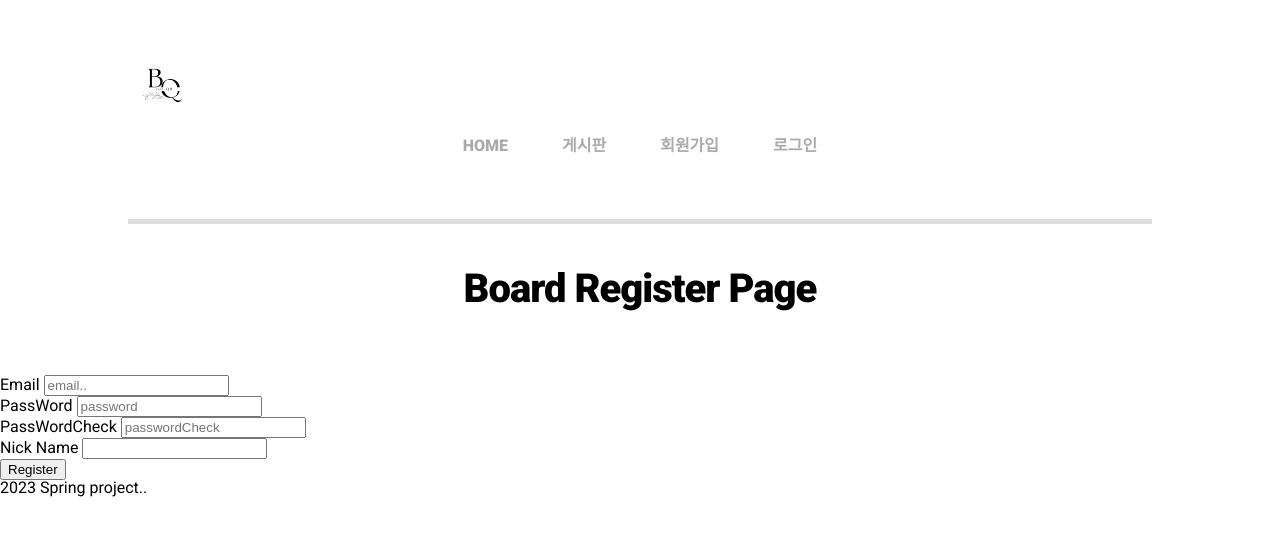
Repository: Skylee-1996/springSelf
Page: http://localhost/spring_test2/WEB-INF/views/member/register.jsp
These files come from the project's save history. The page is drawn as it stood at one moment and after the next save; the edit follows.
The browser window is 1280 px wide. The pictures show the whole page.
The page is served by Tomcat 9. Nobody is signed in. Other server files are loaded and not shown. The template is opened directly, without the code that normally fills it, so the values that code supplies are empty.

Above is the page before, as saved 2024-01-18 02:02:47.
Console error: TypeError: Cannot read properties of null (reading 'addEventListener')

### spring_test2/src/main/webapp/WEB-INF/views/member/register.jsp
<%@ page language="java" contentType="text/html; charset=UTF-8"
    pageEncoding="UTF-8"%>
<%@ taglib uri="http://java.sun.com/jsp/jstl/core" prefix="c"%>


<jsp:include page="../layout/header.jsp"></jsp:include>

	<!-- email, pwd, nick_name -->
<div class="container-md">
<h1>Board Register Page</h1>
<br>
<form action="/member/register" method="post" >
<div class="mb-3">
  <label for="e" class="form-label">Email</label>
  <input type="email" class="form-control" name="email" id="e" placeholder="email..">
</div>
<div class="mb-3">
  <label for="p" class="form-label">PassWord</label>
  <input type="password" class="form-control" name="pwd" id="p" placeholder="password">
</div>
<div class="mb-3">
  <label for="pc" class="form-label">PassWordCheck</label>
  <input type="password" class="form-control" name="pwdC" id="pc" placeholder="passwordCheck">
</div>

<div class="mb-3">
  <label for="n" class="form-label">Nick Name</label>
   <input type="text" class="form-control" name="nickName" id="n">
</div>

<button type="submit" class="btn btn-primary" id="regBtn">Register</button>

</form>
</div>
<jsp:include page="../layout/footer.jsp"></jsp:include>

### spring_test2/src/main/webapp/WEB-INF/views/layout/header.jsp
<%@ page language="java" contentType="text/html; charset=UTF-8"
	pageEncoding="UTF-8"%>
<%@ taglib uri="http://java.sun.com/jsp/jstl/core" prefix="c"%>
<%@ taglib uri="http://www.springframework.org/security/tags"
	prefix="sec"%>
<!DOCTYPE html>
<html>
<head>
<meta charset="UTF-8">
<title>Insert title here</title>
<link rel="stylesheet" href="/resources/css/reset.css">
<link rel="stylesheet" href="/resources/css/nav.css">
<link
	href='https://fonts.googleapis.com/css?family=Roboto:500,900,100,300,700,400'
	rel='stylesheet' type='text/css'>
</head>
<body>

	<nav class="stroke">
	<a class="navbar-brand" href="/"><img
					src="/resources/image/logo.png" alt=""
					style="width: 70px; height: 70px;"></a>
		<ul>
			<li><a href="/">Home</a></li>
			<li><a href="/board/list">게시판</a></li>
			<sec:authorize access="isAuthenticated()">
				<sec:authentication property="principal.mvo.email" var="authEmail" />
				<sec:authentication property="principal.mvo.nickName" var="authNick" />
				<sec:authentication property="principal.mvo.authList" var="auths" />


				<c:choose>
					<c:when
						test="${auths.stream().anyMatch(authVO -> authVO.auth.equals('ROLE_ADMIN')).get() }">
						<li><a href="/member/list">회원리스트
								${authNick}(${authEmail}/ADMIN)</a></li>
					</c:when>
					<c:otherwise>
						<li><a href="/member/modify">회원정보
								수정${authNick}(${authEmail})</a></li>
					</c:otherwise>
				</c:choose>


				<li><a href="/member/logout" id="logoutLink">로그아웃</a></li>
				<li><a href="/board/register">게시판 글쓰기</a></li>
				<form action="/member/logout" method="post" id="logoutForm">
					<!--인증 된 이메일  -->
					<input type="hidden" name="email" value="${authEmail}">
				</form>

			</sec:authorize>

			<sec:authorize access="isAnonymous()">
				<li><a href="/member/register">회원가입</a></li>

				<li><a href="/member/login">로그인</a></li>
			</sec:authorize>
		</ul>
	</nav>



	<script type="text/javascript">

document.getElementById('logoutLink').addEventListener('click',(e)=>{
    e.preventDefault();
    document.getElementById('logoutForm').submit();
});
</script>

### spring_test2/src/main/webapp/WEB-INF/views/layout/footer.jsp
<%@ page language="java" contentType="text/html; charset=UTF-8"
    pageEncoding="UTF-8"%>



<div>
	2023 Spring project..
</div>

 <script src="https://cdn.jsdelivr.net/npm/bootstrap@5.3.1/dist/js/bootstrap.bundle.min.js" integrity="sha384-HwwvtgBNo3bZJJLYd8oVXjrBZt8cqVSpeBNS5n7C8IVInixGAoxmnlMuBnhbgrkm" crossorigin="anonymous"></script>
</body>
</html>

### spring_test2/src/main/webapp/resources/css/nav.css
/* By Dominik Biedebach @domobch */

body {
  font-family: 'Roboto', sans-serif;
  padding: 0;
  margin: 0;
}

small {
  font-size: 12px;
  color: rgba(0, 0, 0, 0.4);
}

h1 {
  text-align: center;
  padding: 50px 0;
  font-weight: 800;
  margin: 0;
  letter-spacing: -1px;
  color: inherit;
  font-size: 40px;
}

/* By Dominik Biedebach @domobch */

h2 {
  text-align: center;
  font-size: 30px;
  margin: 0;
  font-weight: 300;
  color: inherit;
  padding: 50px;
}

.center {
  text-align: center;
}

/* By Dominik Biedebach @domobch */

section {
  height: 100vh;
}

/* NAVIGATION */
nav {
  width: 80%;
  margin: 0 auto;
  background: #fff;
  padding: 50px 0;
  box-shadow: 0px 5px 0px #dedede;
}

/* By Dominik Biedebach @domobch */
nav ul {
  list-style: none;
  text-align: center;
}
nav ul li {
  display: inline-block;
}
nav ul li a {
  display: block;
  padding: 15px;
  text-decoration: none;
  color: #aaa;
  font-weight: 800;
  text-transform: uppercase;
  margin: 0 10px;
}
nav ul li a,
nav ul li a:after,
nav ul li a:before {
  transition: all .5s;
}
nav ul li a:hover {
  color: #555;
}

/* By Dominik Biedebach @domobch */


/* stroke */
nav.stroke ul li a,
nav.fill ul li a {
  position: relative;
}
nav.stroke ul li a:after,
nav.fill ul li a:after {
  position: absolute;
  bottom: 0;
  left: 0;
  right: 0;
  margin: auto;
  width: 0%;
  content: '.';
  color: transparent;
  background: #333;
  height: 1px;
}
nav.stroke ul li a:hover:after {
  width: 100%;
}

nav.fill ul li a {
  transition: all 2s;
}
/* By Dominik Biedebach @domobch */

nav.fill ul li a:after {
  text-align: left;
  content: '.';
  margin: 0;
  opacity: 0;
}
nav.fill ul li a:hover {
  color: #023f1c;
  z-index: 1;
}
nav.fill ul li a:hover:after {
  z-index: -10;
  animation: fill 1s forwards;
  -webkit-animation: fill 1s forwards;
  -moz-animation: fill 1s forwards;
  opacity: 1;
}

/* Circle */
nav.circle ul li a {
  position: relative;
  overflow: hidden;
  z-index: 1;
}
/* By Dominik Biedebach @domobch */
nav.circle ul li a:after {
  display: block;
  position: absolute;
  margin: 0;
  top: 0;
  bottom: 0;
  left: 0;
  right: 0;
  content: '.';
  color: transparent;
  width: 1px;
  height: 1px;
  border-radius: 50%;
  background: transparent;
}
nav.circle ul li a:hover:after {
  -webkit-animation: circle 1.5s ease-in forwards;
}

/* SHIFT */
nav.shift ul li a {
  position:relative;
  z-index: 1;
}
nav.shift ul li a:hover {
  color: #91640F;
}
nav.shift ul li a:after {
  display: block;
  position: absolute;
  top: 0;
  left: 0;
  bottom: 0;
  right: 0;
  margin: auto;
  width: 100%;
  height: 1px;
  content: '.';
  color: transparent;
  background: #F1C40F;
  visibility: none;
  opacity: 0;
  z-index: -1;
}
nav.shift ul li a:hover:after {
  opacity: 1;
  visibility: visible;
  height: 100%;
}

/* By Dominik Biedebach @domobch */

/* Blend */
nav.blend ul li a {
  position: relative;
  border-radius: 5px;
  overflow: hidden;
  z-index: 1;
}
nav.blend ul li a:hover {
  color: #fff;
}
nav.blend ul li a:before,
nav.blend ul li a:after {
  position: absolute;
  width: 0px;
  height: 100%;
  top: 0;
  bottom: 0;
  background: #D35400;
  transition: all .5s;
  margin: auto;
  content: '.';
  color: transparent;
  z-index: -1;
  opacity: 0.75;
}
nav.blend ul li a:before {
  left: 0;
}
nav.blend ul li a:after {
  right: 0;
}

nav.blend ul li a:hover:after,
nav.blend ul li a:hover:before {
  width: 100%;
}

/* DROWN */

nav.drown ul li a {
  position: relative;
  overflow: hidden;
  z-index: 1;
}

nav.drown ul li a:hover {
  color: #fff;
}

nav.drown ul li a:before {
  background: #fff;
  content: '.';
  color: transparent;
  position: absolute;
  width: 500%;
  top: 100px;
  right: 300px;
  height: 300px;
  z-index: -1;
}
nav.drown ul li a:hover:before {
  left: auto;
  bottom: auto;
  right: -50%;
  top: 0;
  background: #89C52B;
}



/* Keyframes */
@-webkit-keyframes fill {
  0% {
    width: 0%;
    height: 1px;
  }
  50% {
    width: 100%;
    height: 1px;
  }
  100% {
    width: 100%;
    height: 100%;
    background: #2ECC71;
  }
}

/* Keyframes */
@-webkit-keyframes circle {
  0% {
    width: 1px;
    top: 0;
    left: 0;
    bottom: 0;
    right: 0;
    margin: auto;
    height: 1px;
    z-index: -1;
    background: #eee;
    border-radius: 100%;
  }
  100% {
    background: #aaa;
    height: 5000%;
    width: 5000%;
    z-index: -1;
    top: 0;
    bottom: 0;
    left: 0;
    right: 0;
    margin: auto;
    border-radius: 0;
  }
}

/* By Dominik Biedebach @domobch */

Loaded but not shown: spring_test2/src/main/webapp/resources/css/reset.css (common file)

After the next save:
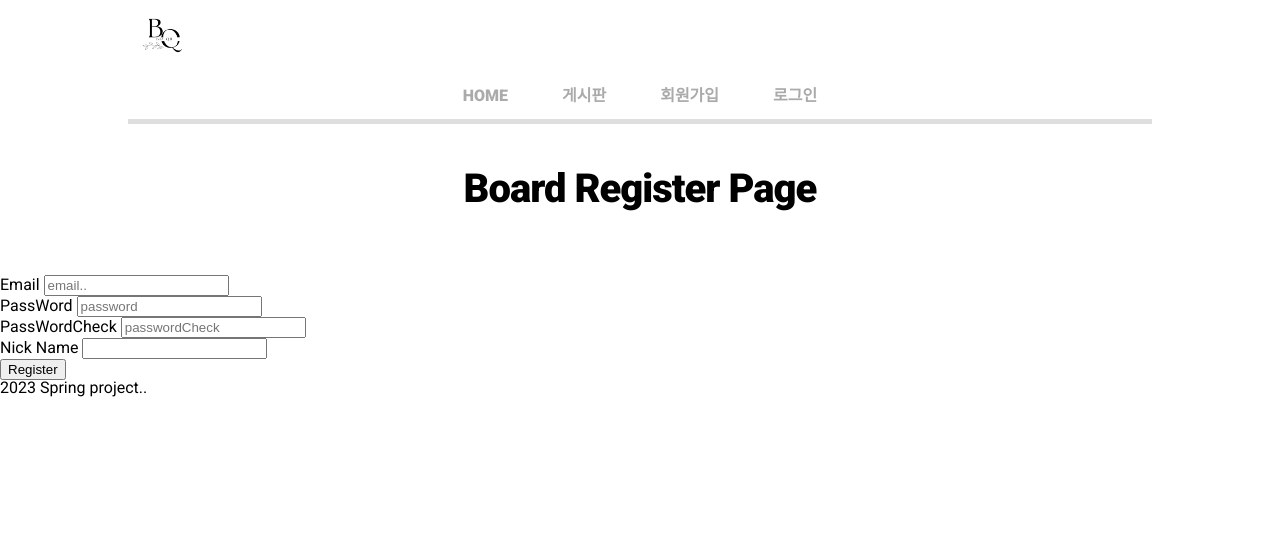
Saved 78 s later.
--- a/spring_test2/src/main/webapp/resources/css/nav.css
+++ b/spring_test2/src/main/webapp/resources/css/nav.css
@@ -47,7 +47,7 @@ nav {
   width: 80%;
   margin: 0 auto;
   background: #fff;
-  padding: 50px 0;
+  padding: 0px 0;
   box-shadow: 0px 5px 0px #dedede;
 }
 
